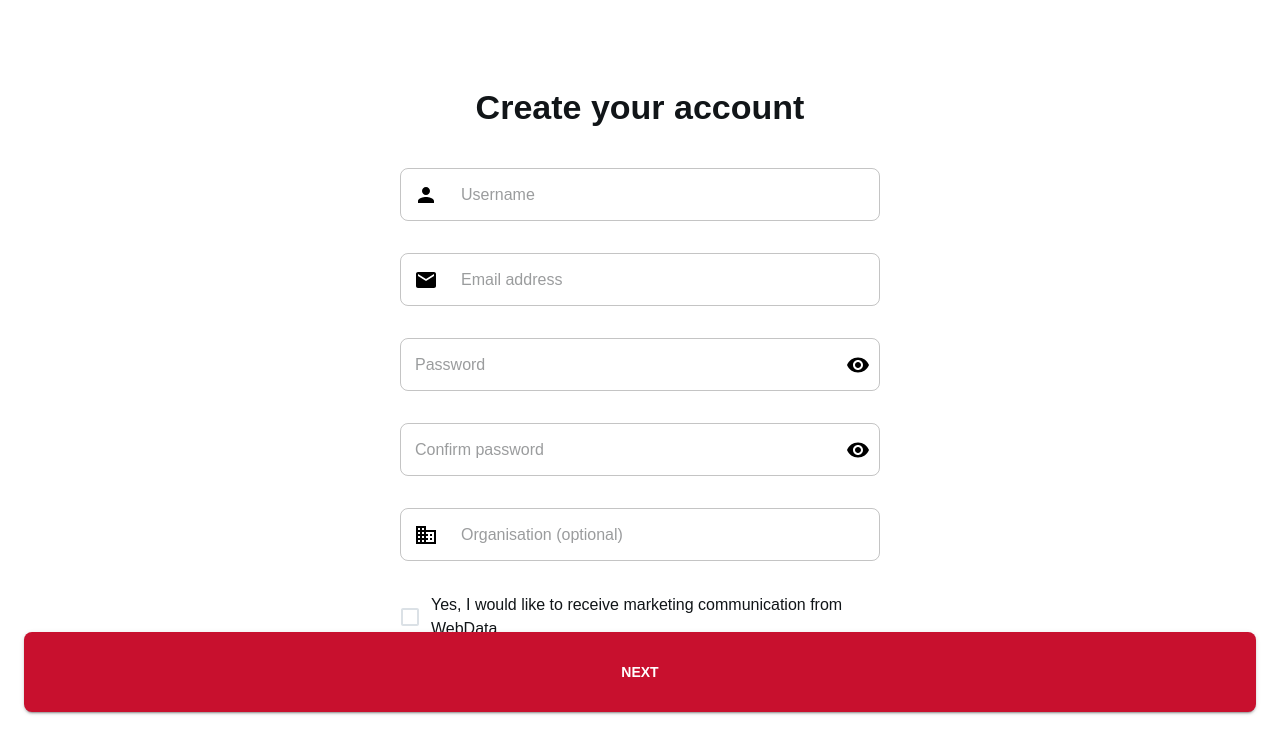
Repository: Pascal-Ahmadu/Tender-download-system
Page: /register (app in frontend/)
The author's editor kept a copy of each file at every save. The page is drawn from the files as they stood at one save, then again after the next save.
The browser window is 1280 px wide. The pictures show the whole page.
The page's requests for data from a server got no answer. Some web fonts or font styles are not loaded; a fallback is used. The project was rebuilt for these pictures with package versions that can differ from the ones it lists, and the page was loaded fresh each time. No one was signed in, and anything a server would have sent is missing. Also part of the build but not shown: frontend/vite.config.js, frontend/src/components/pages/LoginPage.jsx.

Above is the page before, as saved 2024-07-31 08:34:42.

### frontend/index.html
<!DOCTYPE html>
<html lang="en">
  <head>
    <meta charset="UTF-8" />
    <link rel="icon" type="image/svg+xml" href="/vite.svg" />
    <link
      href="https://fonts.googleapis.com/css2?family=Bento:wght@400;700&display=swap"
      rel="stylesheet"
    />

    <meta name="viewport" content="width=device-width, initial-scale=1.0" />
    <title>Vite + React</title>
  </head>
  <body>
    <div id="root"></div>
    <script type="module" src="/src/main.jsx"></script>
  </body>
</html>

### frontend/src/main.jsx
import React from "react";
import ReactDOM from "react-dom/client";
import App from "./App.jsx";
import "./index.css";
import { AuthProvider } from "./components/contexts/AuthContext.jsx";

ReactDOM.createRoot(document.getElementById("root")).render(
  <React.StrictMode>
    <AuthProvider>
      <App />
    </AuthProvider>
  </React.StrictMode>
);

### frontend/src/App.jsx
import React from "react";
import { BrowserRouter as Router, Routes, Route } from "react-router-dom";
import LoginPage from "./components/pages/LoginPage";
import RegistrationForm from "./components/pages/RegistrationPage";
import { createTheme, ThemeProvider } from "@mui/material/styles";

// Create a theme instance
const theme = createTheme({
  typography: {
    fontFamily: "Bento, sans-serif",
  },
});

const app = () => {
  return (
    <ThemeProvider theme={theme}>
      <Router>
        <Routes>
          <Route path="/" element={<LoginPage />} />
          <Route path="/register" element={<RegistrationForm />} />
        </Routes>
      </Router>
    </ThemeProvider>
  );
};

export default app;

### frontend/src/index.css
:root {
  font-family: "Bento", sans-serif;

  line-height: 1.5;
  font-weight: 400;

  color-scheme: white;
  color: rgba(255, 255, 255, 0.87);
  background-color: white;

  font-synthesis: none;
  text-rendering: optimizeLegibility;
  -webkit-font-smoothing: antialiased;
  -moz-osx-font-smoothing: grayscale;
}

body {
  font-family: "Merriweather", serif;
}

a {
  font-weight: 500;
  color: #646cff;
  text-decoration: inherit;
}
a:hover {
  color: #535bf2;
}

h1 {
  font-size: 3.2em;
  line-height: 1.1;
}

button {
  border-radius: 8px;
  border: 1px solid transparent;
  padding: 0.6em 1.2em;
  font-size: 1em;
  font-weight: 500;
  font-family: inherit;
  background-color: #1a1a1a;
  cursor: pointer;
  transition: border-color 0.25s;
}
button:hover {
  border-color: #646cff;
}
button:focus,
button:focus-visible {
  outline: 4px auto -webkit-focus-ring-color;
}

@media (prefers-color-scheme: light) {
  :root {
    color: #213547;
    background-color: #ffffff;
  }
  a:hover {
    color: #747bff;
  }
  button {
    background-color: #f9f9f9;
  }
}

### frontend/src/components/contexts/AuthContext.jsx
import React, { createContext, useState, useEffect, useContext } from "react";
import axios from "axios";

const API_BASE_URL = "http://localhost:5000";

axios.defaults.baseURL = API_BASE_URL;

const AuthContext = createContext();

const AuthProvider = ({ children }) => {
  const [user, setUser] = useState(null);

  // Fetch user on app load
  useEffect(() => {
    const fetchUser = async () => {
      try {
        const res = await axios.get("/api/auth/current", {
          withCredentials: true,
        });
        setUser(res.data.user);
      } catch (err) {
        console.error(err.response ? err.response.data.msg : err.message);
      }
    };

    fetchUser();
  }, []);

  const register = async (email, password) => {
    try {
      await axios.post(
        "/api/auth/register",
        { email, password },
        { withCredentials: true }
      );
      // Optionally fetch user data if needed
    } catch (err) {
      throw new Error(err.response ? err.response.data.msg : err.message);
    }
  };

  const login = async (email, password) => {
    try {
      await axios.post(
        "/api/auth/login",
        { email, password },
        { withCredentials: true }
      );
      const res = await axios.get("/api/auth/current", {
        withCredentials: true,
      });
      setUser(res.data.user);
    } catch (err) {
      throw new Error(err.response ? err.response.data.msg : err.message);
    }
  };

  const logout = async () => {
    try {
      await axios.post("/api/auth/logout", {}, { withCredentials: true });
      setUser(null);
    } catch (err) {
      console.error(err.response ? err.response.data.msg : err.message);
    }
  };

  return (
    <AuthContext.Provider value={{ user, register, login, logout }}>
      {children}
    </AuthContext.Provider>
  );
};

// Custom hook to use the AuthContext
const useAuth = () => {
  const context = useContext(AuthContext);
  if (context === undefined) {
    throw new Error("useAuth must be used within an AuthProvider");
  }
  return context;
};

export { AuthProvider, useAuth };

### frontend/src/components/pages/RegistrationPage.jsx
import React, { useState, useEffect } from "react";
import {
  TextField,
  Button,
  Box,
  Typography,
  Checkbox,
  FormControlLabel,
  InputAdornment,
  IconButton,
  LinearProgress,
  FormHelperText,
} from "@mui/material";
import {
  Visibility,
  VisibilityOff,
  Person,
  Email,
  Business,
} from "@mui/icons-material";

function SignupForm() {
  const [showPassword, setShowPassword] = useState(false);
  const [password, setPassword] = useState("");
  const [confirmPassword, setConfirmPassword] = useState("");
  const [passwordStrength, setPasswordStrength] = useState(0);
  const [passwordEntered, setPasswordEntered] = useState(false);
  const [passwordValid, setPasswordValid] = useState({
    length: false,
    uppercase: false,
    lowercase: false,
    symbol: false,
  });
  const [showRequirements, setShowRequirements] = useState(false);
  const [typingTimeout, setTypingTimeout] = useState(null);

  const handleClickShowPassword = () => setShowPassword(!showPassword);

  const handlePasswordChange = (event) => {
    const password = event.target.value;
    setPassword(password);
    setPasswordEntered(true);
    setShowRequirements(true);

    // Check password validity
    const lengthValid = password.length >= 8 && password.length <= 16;
    const uppercaseValid = /[A-Z]/.test(password);
    const lowercaseValid = /[a-z]/.test(password);
    const symbolValid = /[!@#$%^&*(),.?":{}|<>]/.test(password);

    setPasswordValid({
      length: lengthValid,
      uppercase: uppercaseValid,
      lowercase: lowercaseValid,
      symbol: symbolValid,
    });

    // Calculate strength
    setPasswordStrength(
      (lengthValid + uppercaseValid + lowercaseValid + symbolValid) * 25
    );

    // Clear previous timeout
    if (typingTimeout) clearTimeout(typingTimeout);

    // Set a new timeout
    setTypingTimeout(
      setTimeout(() => {
        setShowRequirements(false);
      }, 2000)
    ); // Hide after 2 seconds of inactivity
  };

  const handleConfirmPasswordChange = (event) => {
    setConfirmPassword(event.target.value);
  };

  const getStrengthColor = () => {
    if (passwordStrength <= 33) return "#f44336"; // Red for weak
    if (passwordStrength <= 66) return "#ff9800"; // Orange for medium
    return "#4caf50"; // Green for strong
  };

  const passwordsMatch = password === confirmPassword;

  useEffect(() => {
    // Cleanup on component unmount
    return () => {
      if (typingTimeout) clearTimeout(typingTimeout);
    };
  }, [typingTimeout]);

  return (
    <Box
      sx={{
        display: "flex",
        flexDirection: "column",
        minHeight: "100vh",
        backgroundColor: "white",
        overflow: "hidden",
      }}
    >
      <Box
        sx={{
          display: "flex",
          flexDirection: "column",
          flex: 1,
          justifyContent: "center",
          alignItems: "center",
          px: 2,
          py: 4,
        }}
      >
        <Box
          sx={{
            display: "flex",
            flexDirection: "column",
            width: "100%",
            maxWidth: "480px",
            boxSizing: "border-box",
          }}
        >
          <Typography
            variant="h4"
            sx={{
              fontWeight: "bold",
              textAlign: "center",
              color: "#111518",
              py: 3,
            }}
          >
            Create your account
          </Typography>
          <TextField
            placeholder="Username"
            fullWidth
            margin="normal"
            InputProps={{
              startAdornment: (
                <InputAdornment position="start">
                  <Person sx={{ color: "black" }} />
                </InputAdornment>
              ),
            }}
            sx={{
              "& .MuiOutlinedInput-root": {
                borderRadius: 2,
                borderColor: "#dbe1e6",
              },
              "& .MuiInputBase-input": {
                color: "#111518",
                p: "15px",
                fontSize: "1rem",
              },
              mb: 2,
            }}
          />
          <TextField
            placeholder="Email address"
            fullWidth
            margin="normal"
            InputProps={{
              startAdornment: (
                <InputAdornment position="start">
                  <Email sx={{ color: "black" }} />
                </InputAdornment>
              ),
            }}
            sx={{
              "& .MuiOutlinedInput-root": {
                borderRadius: 2,
                borderColor: "#dbe1e6",
              },
              "& .MuiInputBase-input": {
                color: "#111518",
                p: "15px",
                fontSize: "1rem",
              },
              mb: 2,
            }}
          />
          <TextField
            placeholder="Password"
            fullWidth
            type={showPassword ? "text" : "password"}
            onChange={handlePasswordChange}
            onFocus={() => setPasswordEntered(true)}
            margin="normal"
            InputProps={{
              endAdornment: (
                <InputAdornment position="end">
                  <IconButton onClick={handleClickShowPassword} edge="end">
                    {showPassword ? (
                      <VisibilityOff sx={{ color: "black" }} />
                    ) : (
                      <Visibility sx={{ color: "black" }} />
                    )}
                  </IconButton>
                </InputAdornment>
              ),
            }}
            sx={{
              "& .MuiOutlinedInput-root": {
                borderRadius: 2,
                borderColor: "#dbe1e6",
              },
              "& .MuiInputBase-input": {
                color: "#111518",
                p: "15px",
                fontSize: "1rem",
              },
              mb: 2,
            }}
          />
          {passwordEntered && showRequirements && (
            <Box sx={{ mb: 2 }}>
              <Typography variant="body2" sx={{ color: "#60778a", py: 1 }}>
                Password strength
              </Typography>
              <LinearProgress
                variant="determinate"
                value={passwordStrength}
                sx={{
                  height: 8,
                  borderRadius: 2,
                  backgroundColor: "#e0e0e0",
                  "& .MuiLinearProgress-bar": {
                    borderRadius: 2,
                    backgroundColor: getStrengthColor(),
                  },
                }}
              />
              <FormHelperText
                sx={{
                  color: "#60778a",
                  pt: 1,
                }}
              >
                <ul>
                  <li
                    style={{
                      color: passwordValid.length ? "#4caf50" : "#f44336",
                    }}
                  >
                    {passwordValid.length
                      ? "✔ Length between 8 and 16 characters"
                      : "✘ Length between 8 and 16 characters"}
                  </li>
                  <li
                    style={{
                      color: passwordValid.uppercase ? "#4caf50" : "#f44336",
                    }}
                  >
                    {passwordValid.uppercase
                      ? "✔ At least one uppercase letter"
                      : "✘ At least one uppercase letter"}
                  </li>
                  <li
                    style={{
                      color: passwordValid.lowercase ? "#4caf50" : "#f44336",
                    }}
                  >
                    {passwordValid.lowercase
                      ? "✔ At least one lowercase letter"
                      : "✘ At least one lowercase letter"}
                  </li>
                  <li
                    style={{
                      color: passwordValid.symbol ? "#4caf50" : "#f44336",
                    }}
                  >
                    {passwordValid.symbol
                      ? "✔ At least one symbol"
                      : "✘ At least one symbol"}
                  </li>
                </ul>
              </FormHelperText>
            </Box>
          )}
          <TextField
            placeholder="Confirm password"
            fullWidth
            type={showPassword ? "text" : "password"}
            onChange={handleConfirmPasswordChange}
            margin="normal"
            InputProps={{
              endAdornment: (
                <InputAdornment position="end">
                  <IconButton onClick={handleClickShowPassword} edge="end">
                    {showPassword ? (
                      <VisibilityOff sx={{ color: "black" }} />
                    ) : (
                      <Visibility sx={{ color: "black" }} />
                    )}
                  </IconButton>
                </InputAdornment>
              ),
            }}
            sx={{
              "& .MuiOutlinedInput-root": {
                borderRadius: 2,
                borderColor: "#dbe1e6",
              },
              "& .MuiInputBase-input": {
                color: "#111518",
                p: "15px",
                fontSize: "1rem",
              },
              mb: 2,
            }}
          />
          {!passwordsMatch && confirmPassword.length > 0 && (
            <FormHelperText sx={{ color: "#f44336" }}>
              Passwords do not match
            </FormHelperText>
          )}
          <TextField
            placeholder="Organisation (optional)"
            fullWidth
            margin="normal"
            InputProps={{
              startAdornment: (
                <InputAdornment position="start">
                  <Business sx={{ color: "black" }} />
                </InputAdornment>
              ),
            }}
            sx={{
              "& .MuiOutlinedInput-root": {
                borderRadius: 2,
                borderColor: "#dbe1e6",
              },
              "& .MuiInputBase-input": {
                color: "#111518",
                p: "15px",
                fontSize: "1rem",
              },
              mb: 2,
            }}
          />
          <FormControlLabel
            control={
              <Checkbox
                sx={{
                  color: "#dbe1e6",
                  "&.Mui-checked": {
                    color: "#2094f3",
                  },
                }}
              />
            }
            label="Yes, I would like to receive marketing communication from WebData."
            sx={{ color: "#111518", mt: 2 }}
          />
        </Box>
      </Box>
      <Box
        component="footer"
        sx={{
          display: "flex",
          justifyContent: "center",
          px: 2,
          py: 2,
        }}
      >
        <Button
          variant="contained"
          fullWidth // Make the button span the width of its container
          sx={{
            bgcolor: "#c8102e", // Button color
            color: "white",
            fontWeight: "bold",
            borderRadius: 2,
            py: 1.5, // Adjust vertical padding for height
            mt: -10, // Reduced margin top for spacing
            width: "100%", // Ensure button width is 100% of container width
            boxSizing: "border-box", // Ensure padding is included in width
            "&:hover": {
              bgcolor: "#a50f1d", // Slightly darker on hover
            },
          }}
        >
          Next
        </Button>
      </Box>
    </Box>
  );
}

export default SignupForm;

After the next save:
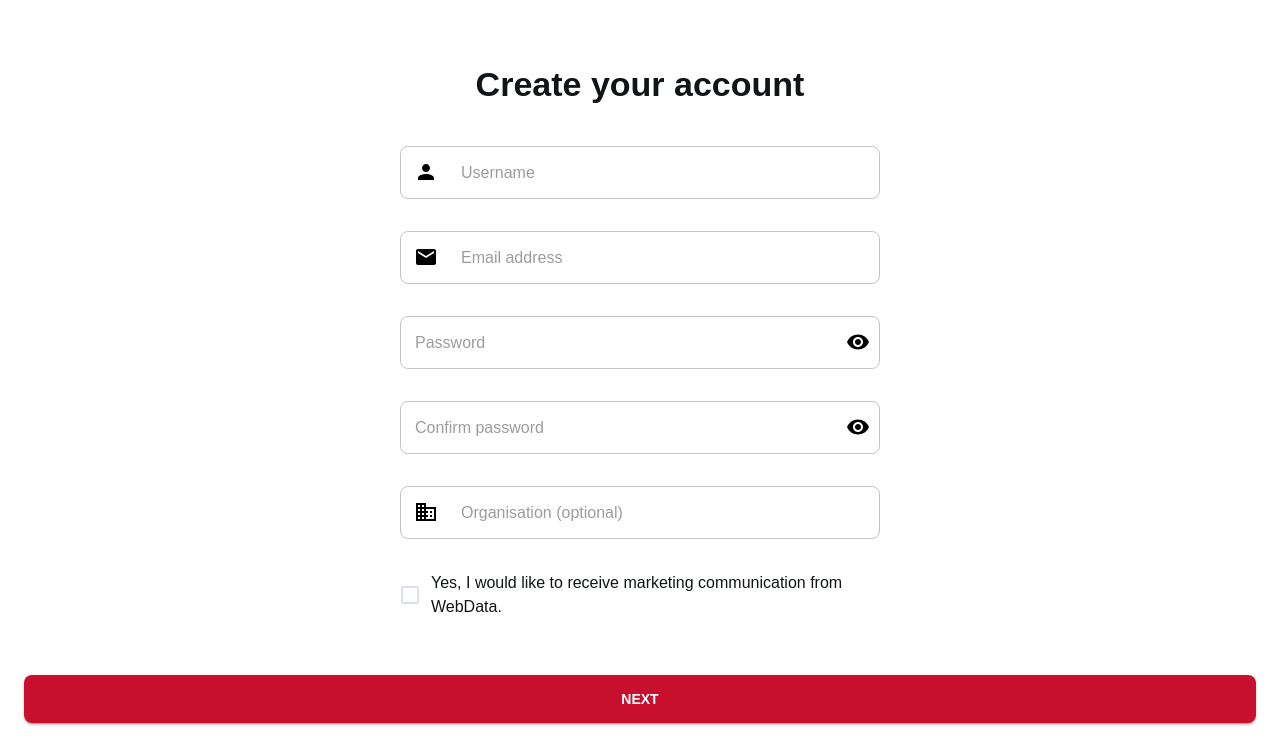
Saved 17 s later.
--- a/frontend/src/components/pages/RegistrationPage.jsx
+++ b/frontend/src/components/pages/RegistrationPage.jsx
@@ -372,7 +372,7 @@ function SignupForm() {
             fontWeight: "bold",
             borderRadius: 2,
             py: 1.5, // Adjust vertical padding for height
-            mt: -10, // Reduced margin top for spacing
+            mt: 1, // Reduced margin top for spacing
             width: "100%", // Ensure button width is 100% of container width
             boxSizing: "border-box", // Ensure padding is included in width
             "&:hover": {
